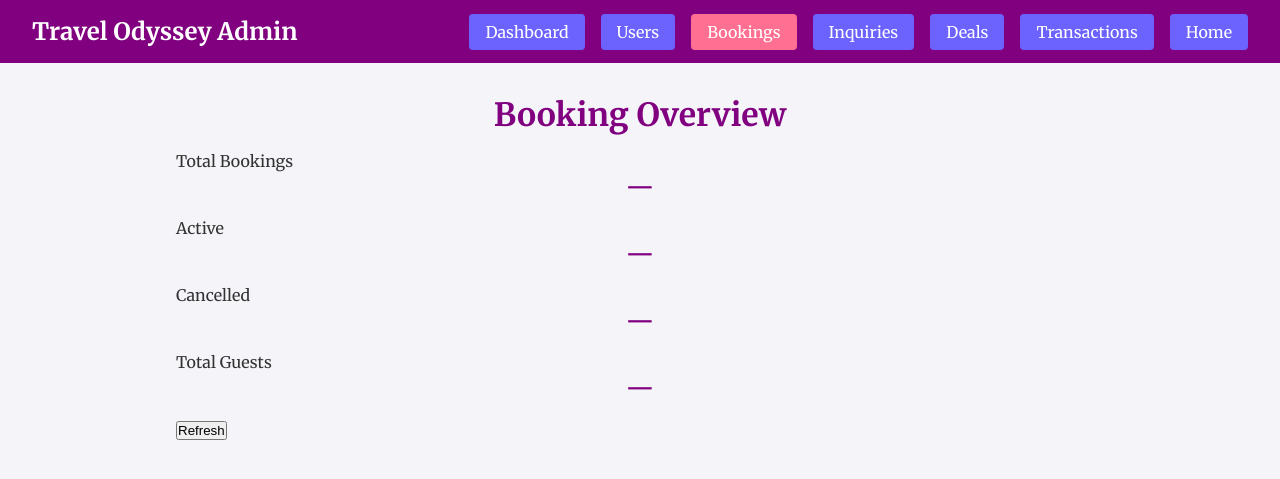
Repository: GHzPhoenix/Project-Odyssey
Page: Frontend/admin-bookings.html
These files come from the project's save history. The page is drawn as it stood at one moment and after the next save; the edit follows.
The browser window is 1280 px wide. The pictures show the whole page.
The page's requests for data from a server got no answer.

Above is the page before, as saved 2025-07-22 12:47:09.

After the next save:
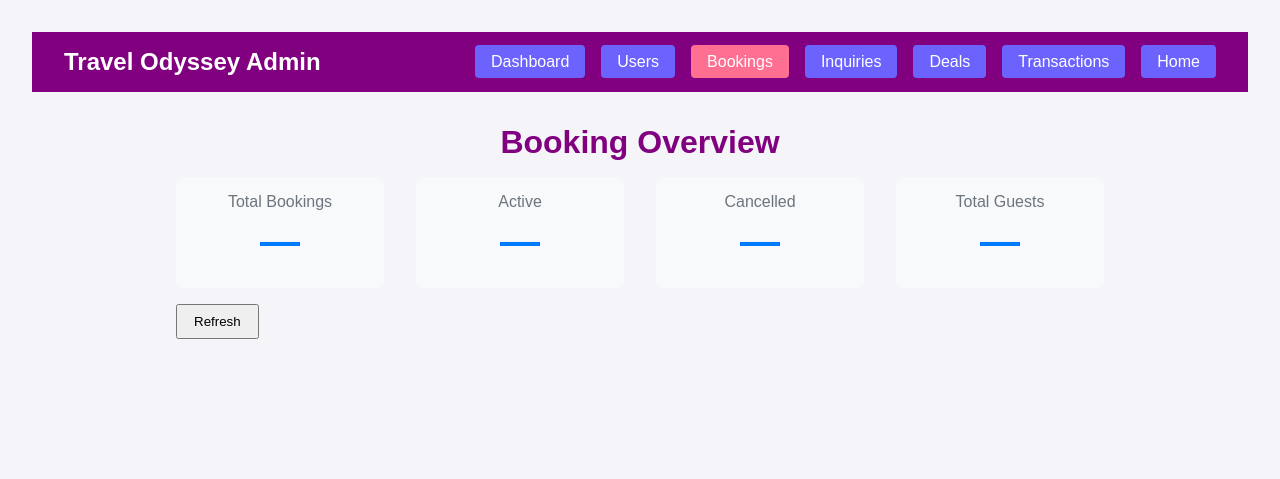
Saved 42 s later.
--- a/Frontend/css/admin.css
+++ b/Frontend/css/admin.css
@@ -327,3 +327,32 @@ tr:nth-child(even) td {
 .file-input-group {
   margin-bottom: 1rem;
 }
+body {
+  font-family: sans-serif;
+  padding: 2rem;
+}
+.summary {
+  display: flex;
+  gap: 2rem;
+  flex-wrap: wrap;
+}
+.card {
+  background: #f8f9fa;
+  border-radius: 8px;
+  padding: 1rem 2rem;
+  text-align: center;
+  flex: 1 1 150px;
+}
+.card h2 {
+  margin: 0.5rem 0;
+  font-size: 2.5rem;
+  color: #007bff;
+}
+.card p {
+  margin: 0;
+  color: #6c757d;
+}
+button {
+  margin-top: 1rem;
+  padding: 0.5rem 1rem;
+}
